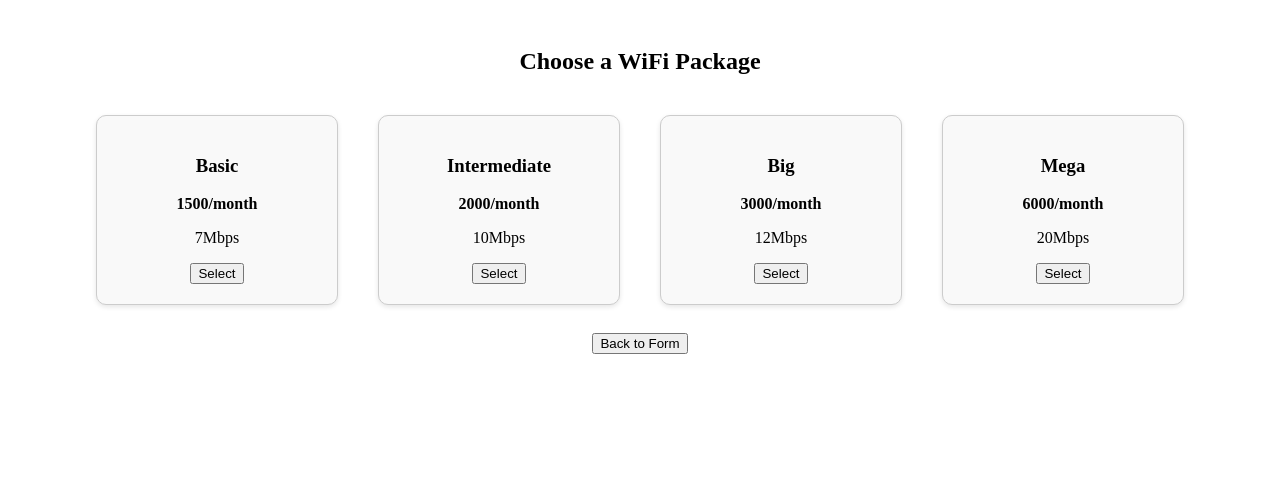
Repository: rachel648/system_Bill
Page: /packages (app in client/)
These files come from the project's save history. The page is drawn as it stood at one moment and after the next save; the edit follows.
The browser window is 1280 px wide. The pictures show the whole page.
The project was rebuilt for these pictures with package versions that can differ from the ones it lists, and the page was loaded fresh each time. Also part of the build but not shown: client/src/components/ServiceForm.js.

Above is the page before, as saved 2025-05-11 14:43:35.

### client/public/index.html
<!DOCTYPE html>
<html lang="en">
  <head>
    <meta charset="UTF-8" />
    <meta name="viewport" content="width=device-width, initial-scale=1.0"/>
    <title>Internet Billing System</title>
  </head>
  <body>
    <div id="root"></div>
    <!-- Add React scripts if not using Create React App -->
    <!-- <script src="https://unpkg.com/react@18/umd/react.development.js"></script>
    <script src="https://unpkg.com/react-dom@18/umd/react-dom.development.js"></script> -->
  </body>
</html>

### client/src/App.js


// App.js
import React from 'react';
import { BrowserRouter as Router, Routes, Route } from 'react-router-dom';
import ServiceForm from './components/ServiceForm';
import Packages from './Packages';

function App() {
  return (
    <Router>
      <Routes>
        <Route path="/" element={<ServiceForm />} />
        <Route path="/packages" element={<Packages />} />
      </Routes>
    </Router>
  );
}

export default App;

### client/src/Packages.js
// Packages.js
import React from 'react';
import { useNavigate } from 'react-router-dom';

const packages = [
  { name: 'Basic', price: 1500, speed: '7Mbps' },
  { name: 'Intermediate', price: 2000, speed: '10Mbps' },
  { name: 'Big', price: 3000, speed: '12Mbps' },
  { name: 'Mega', price: 6000, speed: '20Mbps' }
];

const cardStyle = {
  border: '1px solid #ccc',
  borderRadius: '10px',
  padding: '20px',
  margin: '10px',
  width: '200px',
  textAlign: 'center',
  boxShadow: '0 2px 5px rgba(0, 0, 0, 0.1)',
  backgroundColor: '#f9f9f9'
};

const containerStyle = {
  display: 'flex',
  justifyContent: 'center',
  flexWrap: 'wrap',
  gap: '20px',
  marginTop: '30px'
};

const Packages = () => {
  const navigate = useNavigate();

  return (
    <div style={{ textAlign: 'center', padding: '20px' }}>
      <h2>Choose a WiFi Package</h2>
      <div style={containerStyle}>
        {packages.map((pkg, index) => (
          <div key={index} style={cardStyle}>
            <h3>{pkg.name}</h3>
            <p><strong>{pkg.price}/month</strong></p>
            <p>{pkg.speed}</p>
            <button onClick={() => navigate('/')}>Select</button>
          </div>
        ))}
      </div>
      <br />
      <button onClick={() => navigate('/')}>Back to Form</button>
    </div>
  );
};

export default Packages;

Loaded but not shown: client/src/index.js (common file)

After the next save:
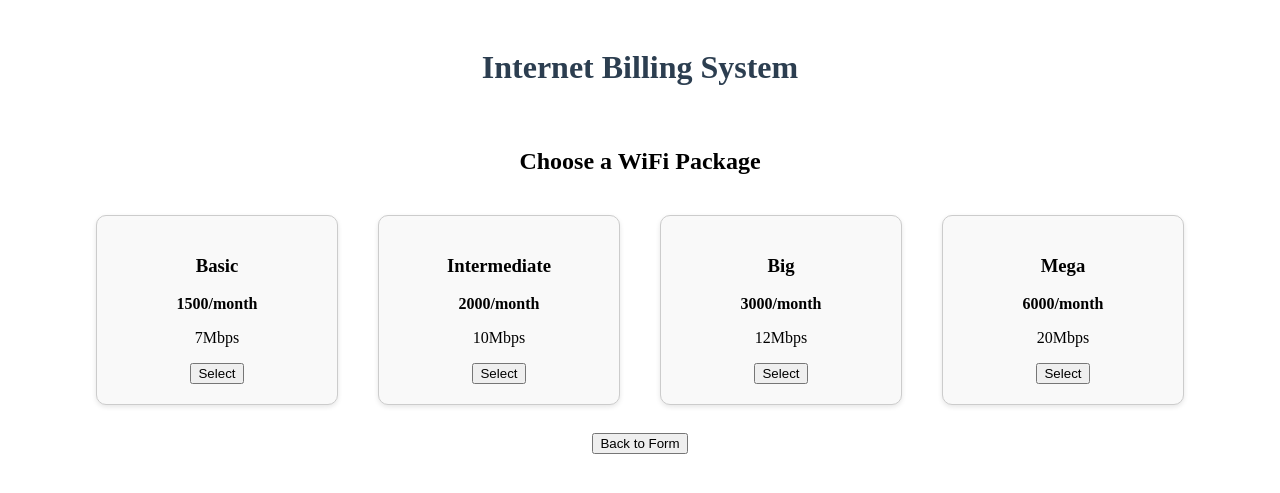
Saved 87 s later.
--- a/client/src/App.js
+++ b/client/src/App.js
@@ -1,4 +1,3 @@
-
 
 // App.js
 import React from 'react';
@@ -6,15 +5,18 @@ import { BrowserRouter as Router, Routes, Route } from 'react-router-dom';
 import ServiceForm from './components/ServiceForm';
 import Packages from './Packages';
 
-function App() {
+const App = () => {
   return (
     <Router>
-      <Routes>
-        <Route path="/" element={<ServiceForm />} />
-        <Route path="/packages" element={<Packages />} />
-      </Routes>
+      <div style={{ padding: '20px', maxWidth: '1200px', margin: '0 auto' }}>
+        <h1 style={{ textAlign: 'center', color: '#2c3e50' }}>Internet Billing System</h1>
+        <Routes>
+          <Route path="/" element={<ServiceForm />} />
+          <Route path="/packages" element={<Packages />} />
+        </Routes>
+      </div>
     </Router>
   );
-}
+};
 
 export default App;
